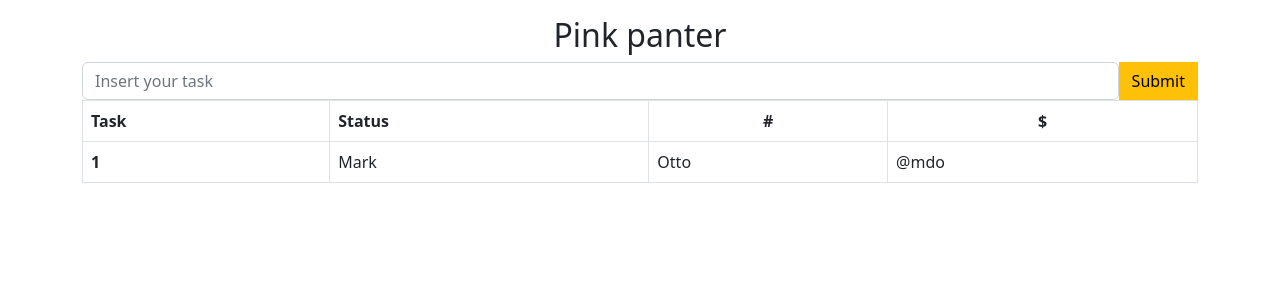
Repository: Wladomax/todo-vue
Page: /
An editor plug-in stored every save of this project. The page is shown before and after the next save, followed by the edit.
The browser window is 1280 px wide. The pictures show the whole page.
The project was rebuilt for these pictures with package versions that can differ from the ones it lists, and the page was loaded fresh each time. Also part of the build but not shown: vue.config.js.

Above is the page before, as saved 2023-01-01 11:44:23.

### src/main.js
import { createApp } from "vue";
import App from "./App.vue";
import "bootstrap/dist/css/bootstrap.min.css";

createApp(App).mount("#app");

### src/App.vue
<template>
  <div>
    <ToDo></ToDo>
  </div>
</template>

<script>
import ToDo from "./components/ToDo.vue";

export default {
  name: "App",
  components: {
    ToDo,
  },
};
</script>

<style></style>

### src/components/ToDo.vue
<template>
  <div class="container">
    <h2 class="text-center mt-3">Pink panter</h2>

    <!-- input -->
    <div class="d-flex">
      <input type="text" placeholder="Insert your task" class="form-control" />
      <button class="btn btn-warning rounded-0">Submit</button>
    </div>

    <!-- Table-->
    <table class="table table-bordered">
      <thead>
        <tr>
          <th scope="col">Task</th>
          <th scope="col">Status</th>
          <th scope="col" class="text-center">#</th>
          <th scope="col" class="text-center">$</th>
        </tr>
      </thead>
      <tbody>
        <tr>
          <th scope="row">1</th>
          <td>Mark</td>
          <td>Otto</td>
          <td>@mdo</td>
        </tr>
      </tbody>
    </table>
  </div>
</template>

<script>
export default {
  name: "ToDo",
  props: {
    msg: String,
  },
};
</script>

<style scoped></style>

Loaded but not shown: public/index.html (common file)

After the next save:
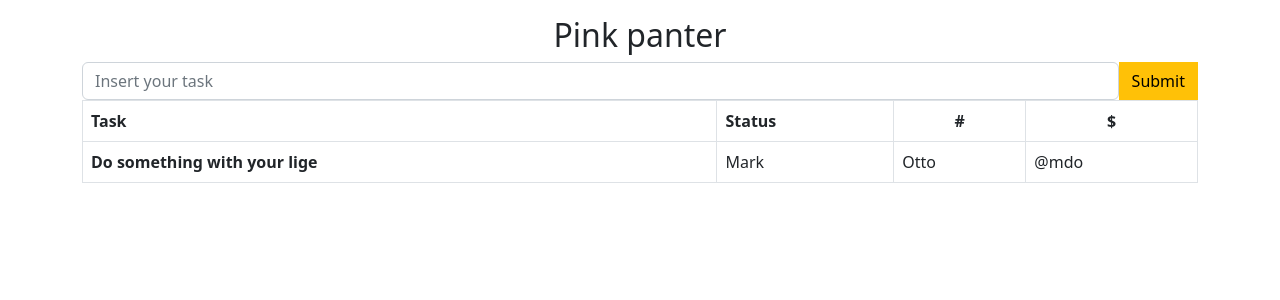
Saved 5 min 0 s later.
--- a/src/components/ToDo.vue
+++ b/src/components/ToDo.vue
@@ -20,7 +20,7 @@
       </thead>
       <tbody>
         <tr>
-          <th scope="row">1</th>
+          <th scope="row">Do something with your lige</th>
           <td>Mark</td>
           <td>Otto</td>
           <td>@mdo</td>
